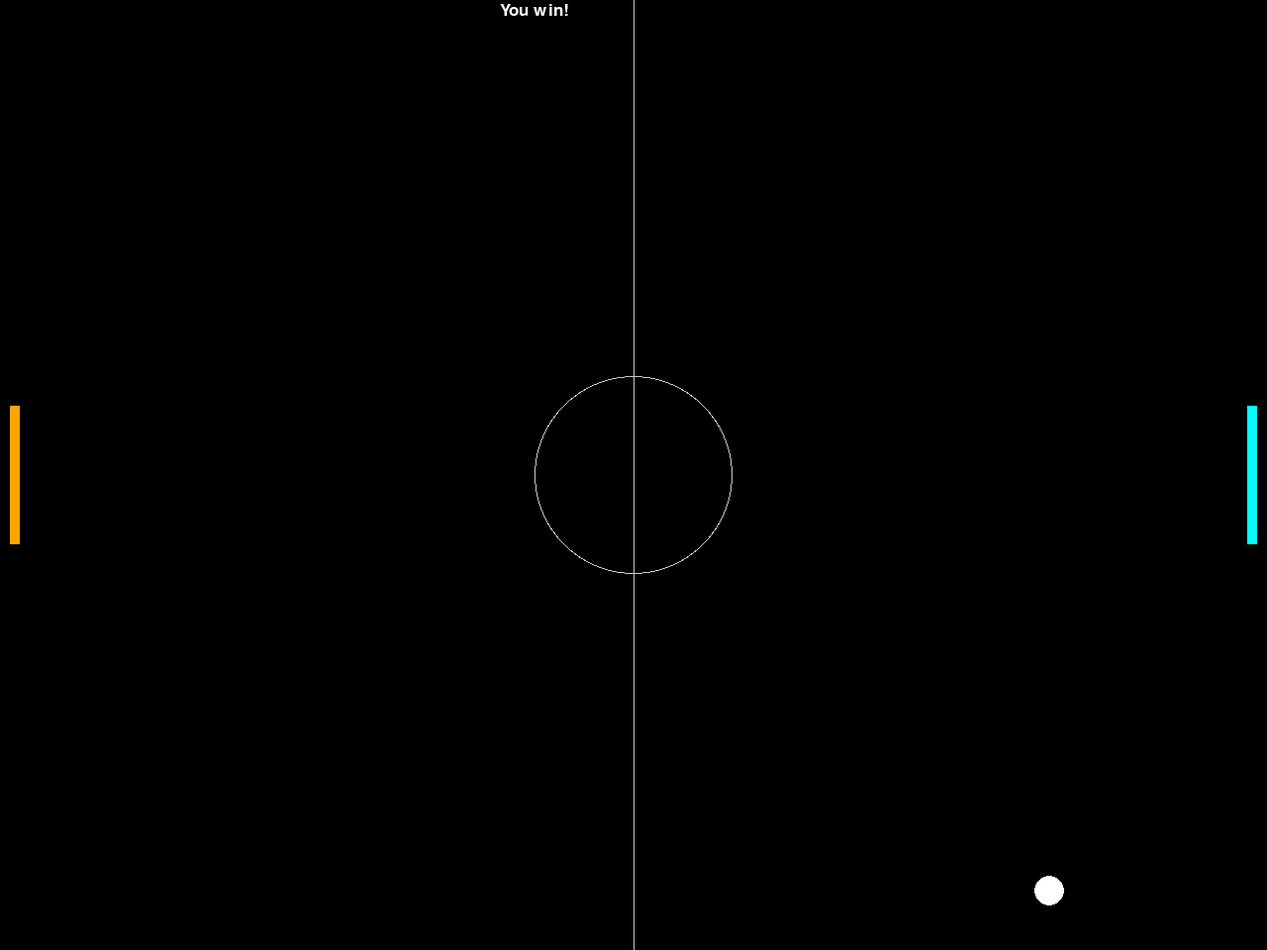
Repository: jak18015/python-tutorials
Script's output: python python-mega-course/pong-pygame/pong.py
An editor plug-in stored every save of this project. The script's output is shown before and after the next save, followed by the edit.
The pictures are shown at 99% of full size.
The window is shown after at most 60 frames with no key pressed. Random numbers start from a fixed seed.

Above is the script's output before, as saved 2023-05-02 17:39:43.

### python-mega-course/pong-pygame/pong.py
import pygame, sys, random
from pygame import freetype

# general setup
pygame.init()
clock=pygame.time.Clock()

# setting up the main window
screen_width = 1280
screen_height = 960
screen = pygame.display.set_mode((screen_width, screen_height))
pygame.display.set_caption('Pong')

# text
font = pygame.font.Font(None, 25)
text = font.render("You win!", True, 'white')
text_rect = text.get_rect(center=(screen_width/2 - 100, 10))

# game rectangles
ball = pygame.Rect(screen_width/2-15,screen_height/2-15,30,30)
player = pygame.Rect(10,screen_height/2-70,10,140)
opponent = pygame.Rect(screen_width-20,screen_height/2-70,10,140)
court = pygame.Rect(screen_width/2-15,screen_height/2-15,60,60)

# base speed
ball_speed_x = 7
ball_speed_y = 7
player_speed = 0
opponent_speed = 0

# ball animation
def ball_animation():
    global ball_speed_x, ball_speed_y
    # ball delta
    ball.x += ball_speed_x
    ball.y += ball_speed_y
    # boundary collision
    if ball.top <= 0 or ball.bottom >= screen_height:
        ball_speed_y *= -1
    if ball.left <= 0 or ball.right >= screen_width:
        ball_reset()
    if ball.colliderect(player) or ball.colliderect(opponent):
        ball_speed_x *= -1
def ball_reset():
    global ball_speed_x, ball_speed_y
    ball.center = (screen_width/2, screen_height/2)
    ball_speed_x *= random.choice((1,-1))
    ball_speed_y *= random.choice((1,-1))
def player_animation():
    player.y += player_speed
    if player.top <= 0:
        player.top =0
    if player.bottom >= screen_height:
        player.bottom = screen_height
def opponent_animation():
    opponent.y += opponent_speed
    if opponent.top <= 0:
        opponent.top =0
    if opponent.bottom >= screen_height:
        opponent.bottom = screen_height
def player_movement():
    global player_speed
    player_keys = pygame.key.get_pressed()
    if player_keys[pygame.K_w]:
        player_speed = -7
    elif player_keys[pygame.K_s]:
        player_speed = 7
    else:
        player_speed = 0
def opponent_movement():
    global opponent_speed
    opponent_keys = pygame.key.get_pressed()
    if opponent_keys[pygame.K_UP]:
        opponent_speed = -7
    elif opponent_keys[pygame.K_DOWN]:
        opponent_speed = 7
    else:
        opponent_speed = 0

# game loop
while True:
    #handling input
    for event in pygame.event.get():
        if event.type == pygame.QUIT:
            pygame.quit()
            sys.exit()

    player_movement()
    opponent_movement()
    ball_animation()
    player_animation()
    opponent_animation()

    # visuals
    screen.fill('black')
    pygame.draw.circle(screen,(200,200,200),radius=100, center=(screen_width/2,screen_height/2))
    pygame.draw.circle(screen,'black',radius=99, center=(screen_width/2,screen_height/2))
    pygame.draw.aaline(screen,(200,200,200),(screen_width/2,0), (screen_width/2, screen_height))
    pygame.draw.rect(screen,'orange',player)
    pygame.draw.rect(screen,'cyan',opponent)
    pygame.draw.ellipse(screen,'white',ball)

    #scorer
    screen.blit(text, text_rect)

    # updating the window
    pygame.display.update()
    clock.tick(60)

After the next save:
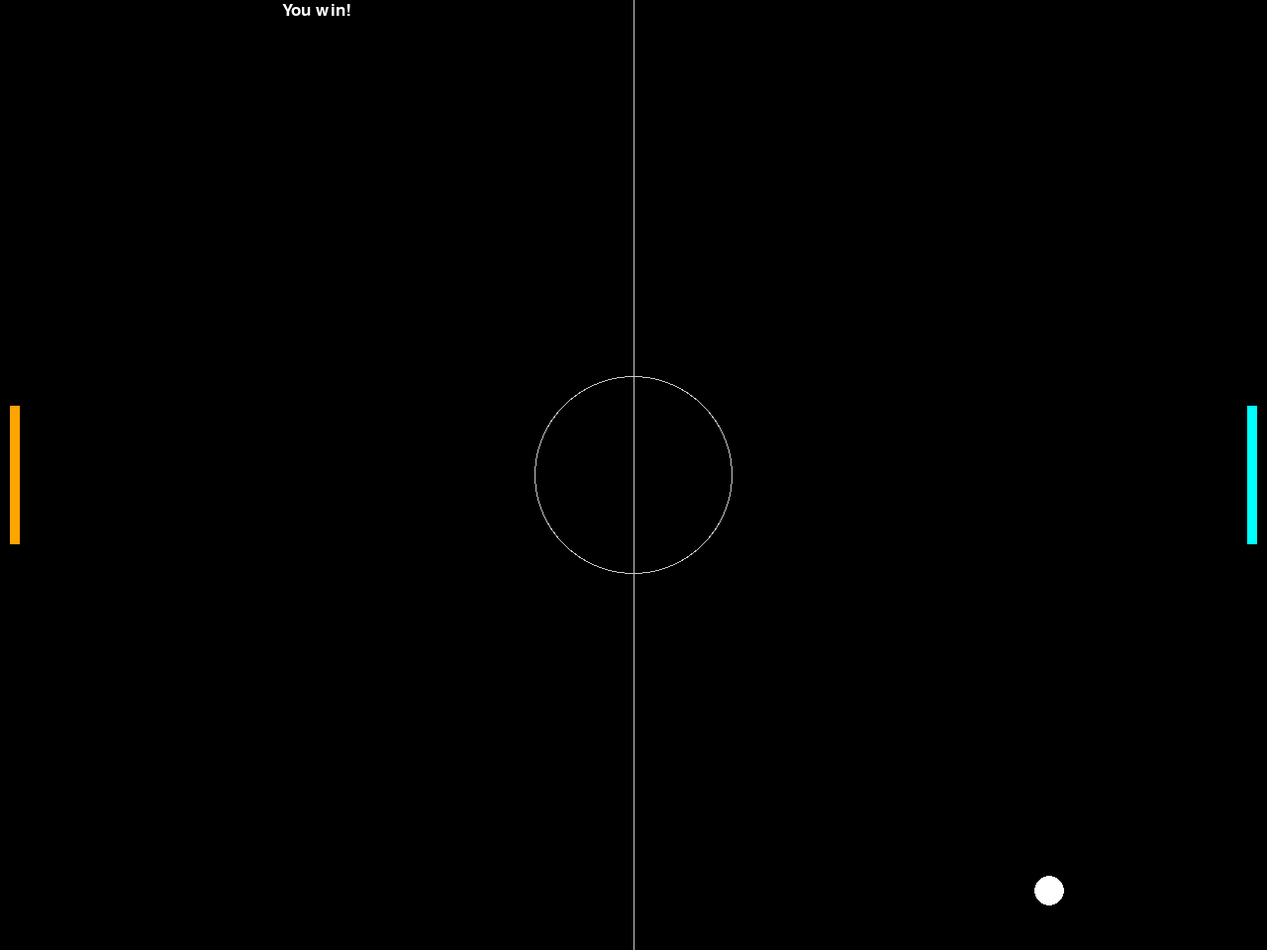
Saved 11 s later.
--- a/python-mega-course/pong-pygame/pong.py
+++ b/python-mega-course/pong-pygame/pong.py
@@ -14,7 +14,7 @@ pygame.display.set_caption('Pong')
 # text
 font = pygame.font.Font(None, 25)
 text = font.render("You win!", True, 'white')
-text_rect = text.get_rect(center=(screen_width/2 - 100, 10))
+text_rect = text.get_rect(center=(screen_width/4, 10))
 
 # game rectangles
 ball = pygame.Rect(screen_width/2-15,screen_height/2-15,30,30)
